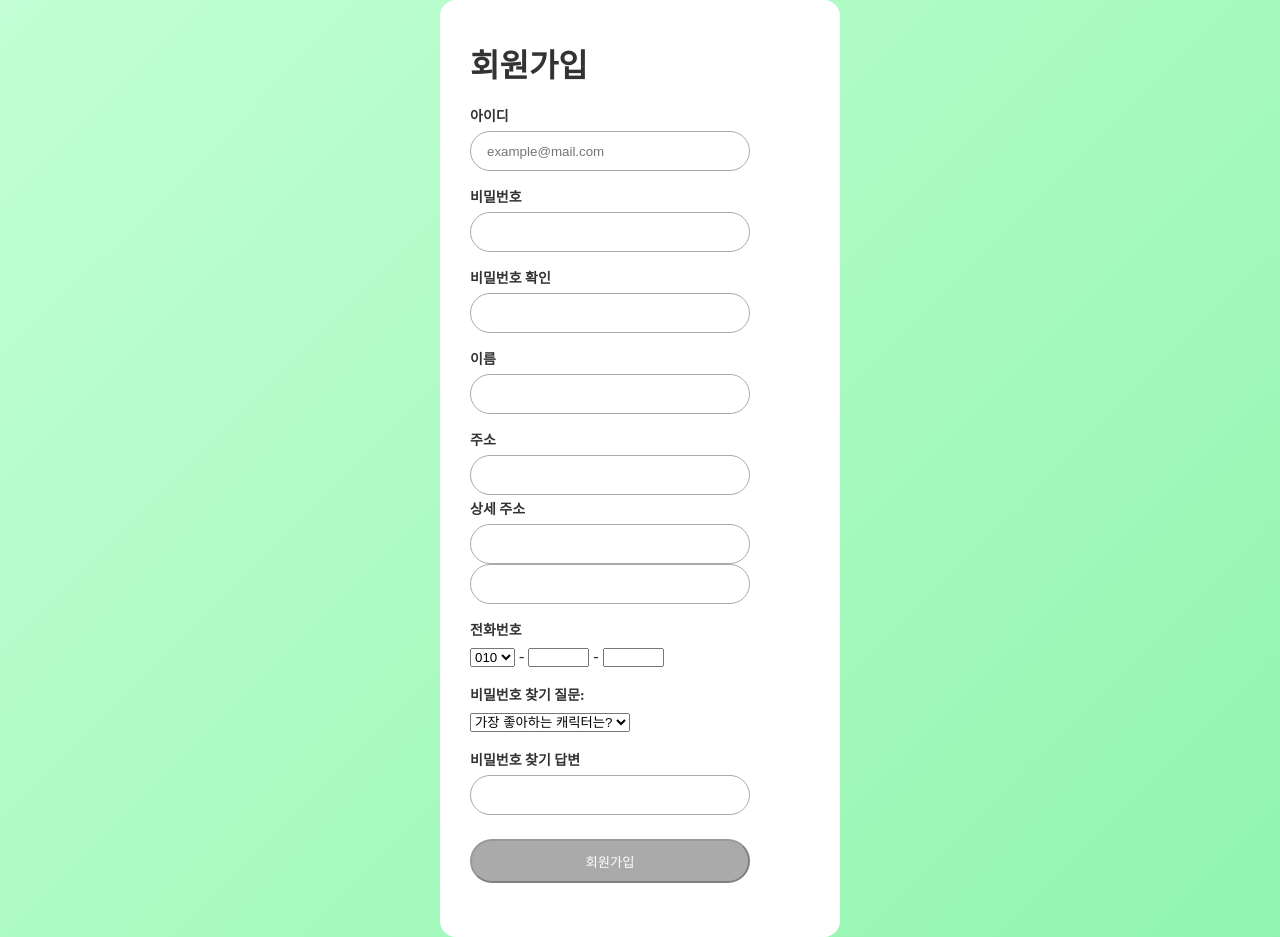
Repository: leesaereum/funding
Page: http://localhost/Funding/pages/SignUp.jsp
The author's editor kept a copy of each file at every save. The page is drawn from the files as they stood at one save, then again after the next save.
The browser window is 1280 px wide. The pictures show the whole page.
The page is served by Tomcat 9.

Above is the page before, as saved 2022-04-06 08:23:38.

After the next save:
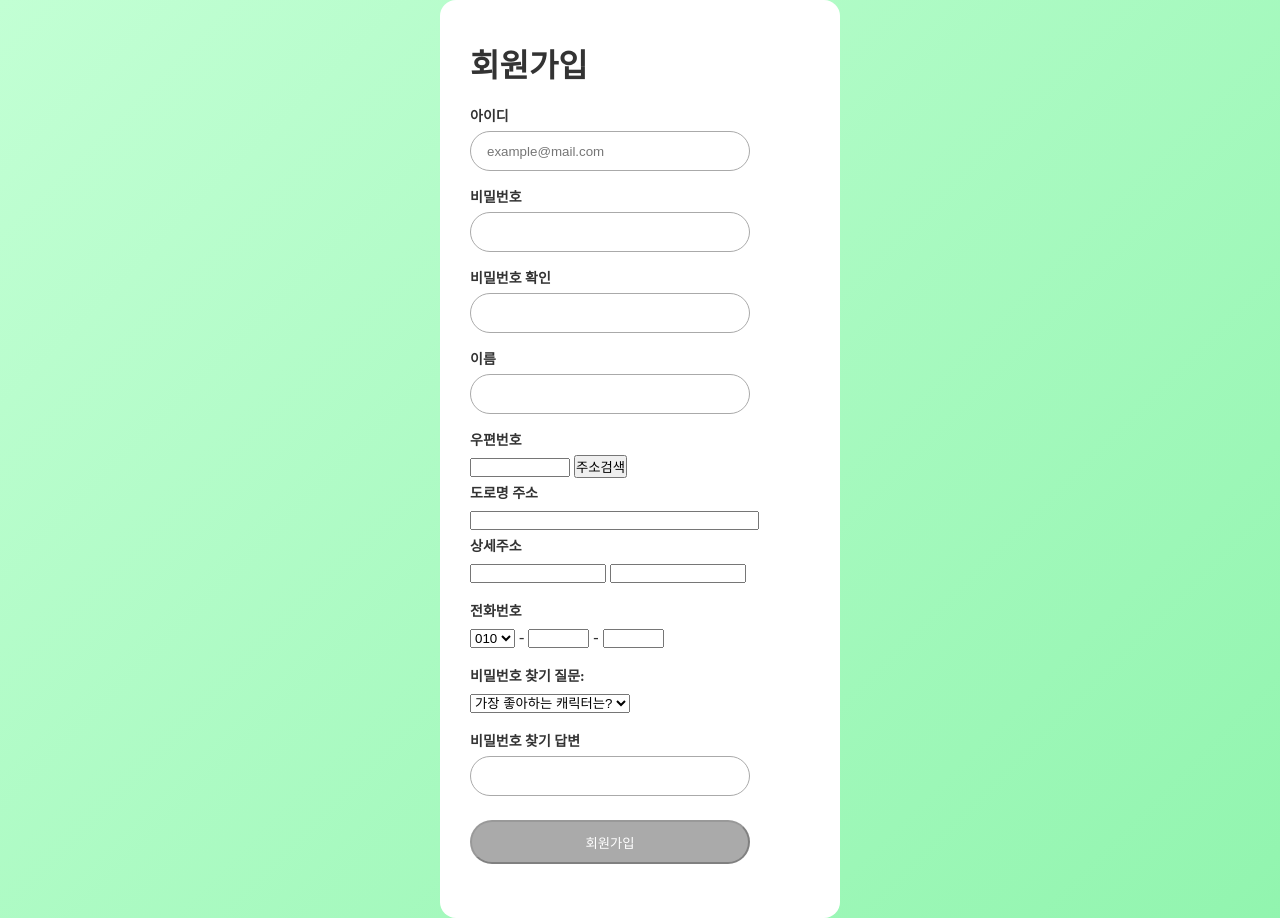
Saved 20 s later.
--- a/Funding/src/main/webapp/pages/SignUp.jsp
+++ b/Funding/src/main/webapp/pages/SignUp.jsp
@@ -398,15 +398,19 @@ background-position
 				</div>
 				<div>
 					<div class="signIn__liner">
-						<p class="signUp__subTitle">주소</p>
-						<input class="signUp__input" id="address1" type="text" name="address1">
+						<p class="signUp__subTitle">우편번호</p>
+						<input type="hidden" id="confmKey" name="confmKey" value=""  >
+						<input type="text" id="zipNo" name="zipNo" readonly style="width:100px">
+						<input type="button"  value="주소검색" onclick="goPopup();">
 					</div>
 					<div class="signIn__liner">
-						<p class="signUp__subTitle">상세 주소</p>
-						<input class="signUp__input" id="address2" type="text" name="address2">
+						<p class="signUp__subTitle">도로명 주소</p>
+						<input type="text" name="address1" id="roadAddrPart1" style="width:85%">
 					</div>
 					<div class="signIn__liner">
-						<input class="signUp__input" id="address3" type="text" name="address3">
+						<p class="signUp__subTitle">상세주소</p>
+						<input type="text" name="address2" id="addrDetail" style="width:40%" value="">
+						<input type="text" name="address3" id="roadAddrPart2"  style="width:40%" value="">
 					</div>
 				</div>
 				<div class="signIn__liner">
